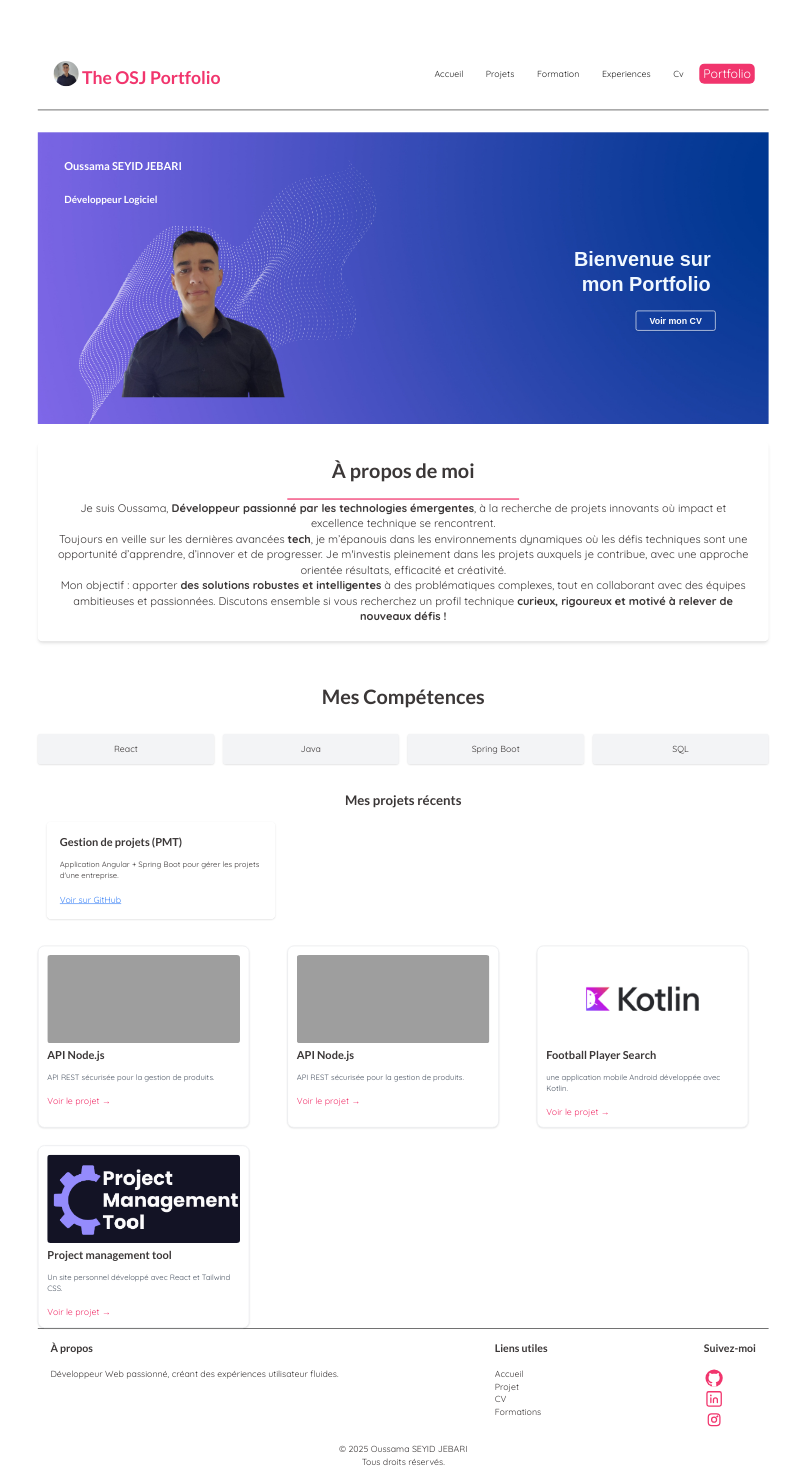
Repository: OussamSJ/Portfolio
Page: /
An editor plug-in stored every save of this project. The page is shown before and after the next save, followed by the edit.
The browser window is 1280 px wide. The pictures show the whole page, at 63% of full size.
Pictures or frames that could not be fetched are drawn as grey boxes. The project was rebuilt for these pictures with package versions that can differ from the ones it lists, and the page was loaded fresh each time. Also part of the build but not shown: src/BlogList.js, src/projets/Projet.js, src/Cv.js, src/Expcomponent.js, src/Experiences.js, src/FormationComponent.js, src/Formation.js, src/projets/Projet1.js and 2 more.

Above is the page before, as saved 2025-07-28 15:24:59.

### public/index.html
<!DOCTYPE html>
<html lang="en">
  <head>
    <meta charset="utf-8" />
    <link rel="icon" href="%PUBLIC_URL%/Logo-Devloper.png" />
    <meta name="viewport" content="width=device-width, initial-scale=1" />
    <meta name="theme-color" content="#000000" />
    <meta
      name="description"
      content="Web site created using create-react-app"
    />
    <link rel="apple-touch-icon" href="%PUBLIC_URL%/logo192.png" />
    <!--
      manifest.json provides metadata used when your web app is installed on a
      user's mobile device or desktop. See https://developers.google.com/web/fundamentals/web-app-manifest/
    -->
    <link rel="manifest" href="%PUBLIC_URL%/manifest.json" />
    <!--
      Notice the use of %PUBLIC_URL% in the tags above.
      It will be replaced with the URL of the `public` folder during the build.
      Only files inside the `public` folder can be referenced from the HTML.

      Unlike "/favicon.ico" or "favicon.ico", "%PUBLIC_URL%/favicon.ico" will
      work correctly both with client-side routing and a non-root public URL.
      Learn how to configure a non-root public URL by running `npm run build`.
    -->
    <title>Portfolio App</title>
  </head>
  <body>
    <noscript>You need to enable JavaScript to run this app.</noscript>
    <div id="root"></div>
    <!--
      This HTML file is a template.
      If you open it directly in the browser, you will see an empty page.

      You can add webfonts, meta tags, or analytics to this file.
      The build step will place the bundled scripts into the <body> tag.

      To begin the development, run `npm start` or `yarn start`.
      To create a production bundle, use `npm run build` or `yarn build`.
    -->
  </body>
</html>

### src/index.js
import React from 'react';
import ReactDOM from 'react-dom/client';
import './index.css';
import App from './App';
import reportWebVitals from './reportWebVitals';
import 'semantic-ui-css/semantic.min.css'

const root = ReactDOM.createRoot(document.getElementById('root'));
root.render(
  <React.StrictMode>
    <App />
  </React.StrictMode>
);

// If you want to start measuring performance in your app, pass a function
// to log results (for example: reportWebVitals(console.log))
// or send to an analytics endpoint. Learn more: https://bit.ly/CRA-vitals
reportWebVitals();

### src/index.css
@import url('https://fonts.googleapis.com/css2?family=Quicksand:wght@300;400;500;600;700&display=swap');
@tailwind base;
@tailwind components;
@tailwind utilities;

/* base styles */
* {
  margin: 0;
  font-family: -apple-system, BlinkMacSystemFont, 'Segoe UI', 'Roboto', 'Oxygen',
    'Ubuntu', 'Cantarell', 'Fira Sans', 'Droid Sans', 'Helvetica Neue',
    sans-serif;
  -webkit-font-smoothing: antialiased;
  -moz-osx-font-smoothing: grayscale;
  font-family: "Quicksand";
  color: #3b3737;
}

code {
  font-family: source-code-pro, Menlo, Monaco, Consolas, 'Courier New',
    monospace;
}

.navbar {
  padding: 20px;
  display: flex;
  align-items: center;
  max-width: 1200px;
  margin: 0 auto;
  border-bottom: 1px solid #212020;

}

.navbar h1 {
  color: #f1356d;
}

.navbar .links {
  margin-left: auto;
}

.navbar a {
  margin-left: 16px;
  text-decoration: none;
  padding: 6px;
}

.navbar img {
  width: 40px;
  height: 40px;
  margin: 5px;
  object-fit: cover;
  /* remplit et rogne si besoin */
  border-radius: 50%;
  /* transforme le carré en cercle */
  display: block;
}

.navbar a:hover {
  color: #f1356d;
}


/* Responsive: cache les liens sur mobile */
.desktop-only {
  display: flex;
}

.mobile-toggle {
  display: none;
  margin-left: auto;
  cursor: pointer;
}

/* Responsive behavior */
/* Masque le menu desktop sur petits écrans */
@media (max-width: 768px) {
  .desktop-only {
    display: none !important;
  }

  .mobile-toggle {
    display: block !important;
    cursor: pointer;
  }
}


.content {
  max-width: 1200px;
  margin: 40px auto;
  padding: 20px;
}


.couverture {
  background-image:
    url("/public/couverture-portfolio.png");
  background-size: cover;
  /* couvre tout le conteneur sans déformation */
  background-position: center;
  /* centre l’image */
  background-repeat: no-repeat;
  /* pas de répétition */
  height: 100%;
  width: 100%;
  color: white;
  font-family: 'Orbitron', sans-serif;
  /* une police géométrique, proche de celle utilisée */
}



.couverture h1 {
  margin-top: 20px auto;
  margin-right: 50px;
  align-items: center;
  text-align: center;
  color: aliceblue;
  text-align: right;
  font-family: 'Agrandir Grand', sans-serif;
  /* une police futuriste */
}


.portfolio-footer {
  justify-content: space-between;
  display: flex;
  padding: 20px;
  border-top: 1px solid #212020;
}

.card-title {
  margin-bottom: 20px;

  padding: 0;
  font-size: 1.2rem;

}

.social-links a {
  list-style: none;
  all: unset;
  color: inherit;
  text-decoration: none;
  margin-left: auto;
  text-align: left;

}

.social-links img {
  width: 40%;
  height: 40%;
}


ul {
  list-style-type: none;
  padding: 0;
  margin: 0;

}

.social-links a:hover {
  color: #f1356d;
}

.footer-bottom {
  display: block;
  text-align: center;
}

ul li {
  text-align: left;

}



.not-found {
  justify-content: center;
  align-items: center;
  text-align: center;
  height: 50vh;
  margin-top: 200px;
  font-size: 3rem;
}


img-couverture {
  width: 100%;
  height: 100%;
  justify-content: flex-end;
  align-items: center;
  object-fit: fill;
  /* Remplit l'élément sans déformation */
  border-radius: 50%;
  /* Transforme le carré en cercle */
  display: flex;
}

### src/App.js
import React from 'react';
import { BrowserRouter, Routes, Route } from 'react-router-dom';
import Home from './Home';
import Navbar from './Navbar';
import Cv from './Cv';
import Footbar from './Footbar';
import Experiences from './Experiences';
import Formation from './Formation';
import ProjetDetail from './projets/ProjetDetail';
import Projet from './projets/Projet';
import Projet1 from './projets/Projet1';
import ProjetFootballPlayerSearch from './projets/ProjetFootballPlayerSearch';

function App() {
  return (
    <BrowserRouter>
      <div className="App">
        <div className='content'>
          <Routes>
            <Route path="/" element={<Home />} />
            <Route path="/cv" element={<Cv />} />
            <Route path="/experiences-professionnelle" element={<div ><Navbar /> <Experiences /><Footbar /></div>} />
            <Route path="/formation" element={<div ><Navbar /> <Formation /><Footbar /></div>} />
            <Route path="/projet" element={<div ><Navbar /> <Projet /><Footbar /></div>} />

           <Route path="/projet/:id" element={<div><Navbar /><ProjetDetail /><Footbar /></div>} />
            <Route path="*" element={
              <div >
                <Navbar />
                <h1 className='not-found' >Page introuvable</h1>
                <Footbar />
              </div>
            } />
          </Routes>
        </div>
      </div>
    </BrowserRouter>
  );
}

export default App;

### src/Home.js
import { useEffect, useState } from "react";

import BlogList from "./BlogList";
import Navbar from "./Navbar";
import Footbar from "./Footbar";
import ProjetComponent from "./projets/ProjetComponent";
import { projets } from "./projets/Projet";



const Home = () => {
  const [blogs, setBlogs] = useState([
    { title: 'My new website', body: 'lorem ipsum...', author: 'mario', id: 1 },
    { title: 'Welcome party!', body: 'lorem ipsum...', author: 'yoshi', id: 2 },
    { title: 'Web dev top tips', body: 'lorem ipsum...', author: 'mario', id: 3 }
  ])

  const handleDelete = (id) => {
    const newBlogs = blogs.filter(blog => blog.id !== id);
    setBlogs(newBlogs);
  }


  useEffect(() => {
    console.log('use effect ran');
    console.log(blogs);
  })

  return (
    <div className="Home">
      <Navbar />
      {/* Couverture */}
      <div className="couverture flex items-center mt-10 justify-between text-white p-12 flex-wrap">

        {/* Partie gauche */}
        <div className="flex flex-col items-start space-y-4 max-w-md w-max h-max">
          <h3 className="text-xl text-white font-semibold">Oussama SEYID JEBARI</h3>
          <h3 className="text-lg text-white">Développeur Logiciel</h3>
          <div className="w-200 h-200 mt-4 ml-20 ">
            <img src="oussama_img.png" alt="photo_de_profil" className="rounded-lg object-cover w-full h-full" />
          </div>
        </div>

        {/* Partie droite */}
        <div className="text-right max-w-md mt-10 md:mt-30">
          <h1 className="text-4xl text-white font-bold mb-6 leading-tight">
            Bienvenue sur <br /> mon Portfolio</h1>
          <button className="bg-transparent text-white font-bold py-2 px-6 mr-12 rounded shadow border border-white
          hover:bg-white hover:text-blue-800 transition-colors duration-300 relative">
            Voir mon CV
          </button>
        </div>
      </div>





      <section className="bg-white text-gray-800 p-8 rounded-lg shadow-md my-8 w-full h-full mx-auto text-center">
      <h2 className="text-4xl font-bold mb-8 text-center mt-20 ">À propos de moi</h2>
       <div className="relative top-1/2 w-1/3 mx-auto h-0.5 bg-primary transform -translate-y-1/2 z-0 hidden sm:block" />
        <p className="text-xl mb-6">
          Je suis Oussama,  <strong>Développeur passionné par les technologies émergentes</strong>, à la recherche de projets innovants où impact et excellence technique se rencontrent.<br />
          Toujours en veille sur les dernières avancées <strong>tech</strong>, je m’épanouis dans les environnements dynamiques où les défis techniques sont une opportunité d’apprendre, d’innover et de progresser.
          Je m'investis pleinement dans les projets auxquels je contribue, avec une approche orientée résultats, efficacité et créativité.<br />
          Mon objectif : apporter <strong>des solutions robustes et intelligentes</strong> à des problématiques complexes, tout en collaborant avec des équipes ambitieuses et passionnées.

          Discutons ensemble si vous recherchez un profil technique <strong>curieux, rigoureux et motivé à relever de nouveaux défis !</strong>
        </p>
      </section>

      <h2 className="text-4xl font-bold mb-4 text-center mt-20 ">Mes Compétences</h2>
      <section className="my-12 ">
        <div className="grid grid-cols-2 md:grid-cols-4 gap-4 text-center">
          <div className="p-4 bg-gray-100 rounded shadow">React</div>
          <div className="p-4 bg-gray-100 rounded shadow">Java</div>
          <div className="p-4 bg-gray-100 rounded shadow">Spring Boot</div>
          <div className="p-4 bg-gray-100 rounded shadow">SQL</div>

        </div>
      </section>

      <section className="my-12 px-4">
        <h2 className="text-2xl font-bold text-center mb-6">Mes projets récents</h2>
        <div className="grid grid-cols-1 md:grid-cols-2 lg:grid-cols-3 gap-6">
          <div className="bg-white p-6 rounded-lg shadow">
            <h3 className="text-xl font-semibold">Gestion de projets (PMT)</h3>
            <p className="text-sm mt-2">Application Angular + Spring Boot pour gérer les projets d'une entreprise.</p>
            <a href="https://github.com/OussamSJ/Angular-PMT-FrontEnd" target="_blank" className="text-blue-500 underline mt-2 inline-block">Voir sur GitHub</a>
          </div>
          {/* Répète pour d'autres projets */}
        </div>
      </section>

      {/*   Projets */}
      <div className="relative z-10 grid grid-cols-1 sm:grid-cols-2 lg:grid-cols-3 gap-8">
        {projets
          .sort(() => Math.random() - 0.5)
          .map((pr, index) => (
            <ProjetComponent key={index} index={index} {...pr} />
          ))}
      </div>



      <Footbar />
    </div>
  );
}

export default Home;

### src/Navbar.js

import React, { Component } from 'react';
import { Menu, MenuItem, MenuMenu, Icon, Sidebar } from 'semantic-ui-react';

class Navbar extends Component {

  state = {
    activeItem: 'home',
    sidebarVisible: false,
  };

  handleItemClick = (e, { name }) => this.setState({ activeItem: name });

  toggleSidebar = () => {
    this.setState(prev => ({ sidebarVisible: !prev.sidebarVisible }));
  };

  render() {
    const { activeItem, sidebarVisible } = this.state;

    return (
      <>
        {/* Navbar  */}
        <nav className="navbar">
          <img src="/photo-portfolio.jpg" alt="logo" className="logo" />
          <h1>The OSJ Portfolio</h1>
          <div className="mobile-toggle" onClick={this.toggleSidebar}>
            <Icon name="bars" size="large" />
          </div>
          <div className="links desktop-only">
            <Menu secondary>
              <MenuItem name='accueil' active={activeItem === 'accueil'} onClick={this.handleItemClick} as="a" href="/" />
              <MenuItem name='projets' active={activeItem === 'projets'} onClick={this.handleItemClick} as="a" href="/projet" />
              <MenuItem name='formation' active={activeItem === 'formation'} onClick={this.handleItemClick} as="a" href="/formation" />
              <MenuItem name='expériences' active={activeItem === 'expériences'} onClick={this.handleItemClick} as="a" href="/experiences-professionnelle" />
              <MenuItem name='cv' active={activeItem === 'cv'} onClick={this.handleItemClick} as="a" href="/cv" />
              <MenuMenu position='right'>
                <MenuItem
                  name='portfolio'
                  active={activeItem === 'portfolio'}
                  onClick={this.handleItemClick}
                  as="a"
                  href="/"
                  style={{
                    color: 'white',
                    fontSize: '1.4em',
                    backgroundColor: '#f1356d',
                    borderRadius: '8px',
                    padding: '6px',
                  }}
                />
              </MenuMenu>
            </Menu>
          </div>
        </nav>

        {/* Sidebar pour mobile */}
        <Sidebar
          as={Menu}
          animation='overlay'
          icon='labeled'
          inverted
          vertical
          visible={sidebarVisible}
          width='thin'
          direction='right'
          style={{ backgroundColor: '#3b3737'}}
          onHide={this.toggleSidebar}

        >
          <MenuItem as="a" href="/" onClick={this.toggleSidebar}>Accueil</MenuItem>
          <MenuItem as="a" href="/projet" onClick={this.toggleSidebar}>Projets</MenuItem>
          <MenuItem as="a" href="/formation" onClick={this.toggleSidebar}>Formation</MenuItem>
          <MenuItem as="a" href="/experiences-professionnelle" onClick={this.toggleSidebar}>Expériences</MenuItem>
          <MenuItem as="a" href="/cv" onClick={this.toggleSidebar}>CV</MenuItem>
          <MenuItem as="a" href="/" onClick={this.toggleSidebar} style={{ backgroundColor: '#f1356d', color: 'white', borderRadius: '8px' }}>Portfolio</MenuItem>
        </Sidebar>

      </>
    );
  }
}

export default Navbar;

### src/Footbar.js
import { color } from "framer-motion";

const Footbar = () => {
  return (
    <div className="footbar">
      {/* footbar  */}
      <footer className="portfolio-footer">

      <div className="card-deck">
        <div className="card">
        <div className="card-body">
          <h4 className="card-title">À propos</h4>
          <p className="card-text">Développeur Web passionné, créant des expériences utilisateur fluides.</p>
        </div>
        </div>
      </div>

      <div className="card-deck">
        <div className="card">
        <div className="card-body">
          <h4 className="card-title">Liens utiles</h4>
          <ul className="social-links" style={{ color: '#3b3737'}}>

          <li><a href="/">Accueil</a></li>
          <li><a href="/projet">Projet</a></li>
          <li><a href="/cv">CV</a></li>
          <li><a href="/formation">Formations</a></li>

          </ul>
        </div>
        </div>
      </div>

      <div className="card-deck">
        <div className="card">
        <div className="card-body">
          <h4 className="card-title">Suivez-moi</h4>
          <ul className="social-links">
          <li><a href="https://github.com/OussamSJ"> <img src="/github.svg" alt="GitHub"></img></a></li>
          <li><a href="https://www.linkedin.com/in/oussama-sj/"> <img src="/linkedin.svg" alt="LinkedIn"></img></a></li>
          <li><a href="https://www.instagram.com/oussama.sj/"> <img  src="/instagram.svg" alt="Instagram"></img></a></li>
          </ul>
        </div>
        </div>
      </div>

      </footer>
      <div className="footer-bottom">
      <p>© 2025 Oussama SEYID JEBARI <br /> Tous droits réservés.</p>
      </div>

    </div>

    );
}

export default Footbar;

### src/projets/ProjetComponent.js
import { Link } from 'react-router-dom';

export default function ProjetComponent({ id, titre,  image, description, description_longue }) {



  return (
    <div className="border rounded-xl shadow p-4 max-w-sm">
    <img src={image} alt={titre} className="w-full h-40 object-cover rounded-md" />
    <h3 className="text-xl font-bold mt-2">{titre}</h3>
    <p className="text-sm text-gray-600">{description}</p>
    <Link to={`/projet/${id}`} className="text-[#f1356d] mt-2 inline-block">
      Voir le projet →
    </Link>
  </div>
  );
}

### tailwind.config.js
/** @type {import('tailwindcss').Config} */
module.exports = {
  content: [  "./src/**/*.{js,ts,jsx,tsx}",],
  theme: {
    extend: {
      colors: {
        primary: '#f1356d', // Exemple
      },
    },
  },
  plugins: [],
}

Loaded but not shown: src/reportWebVitals.js (common file)

After the next save:
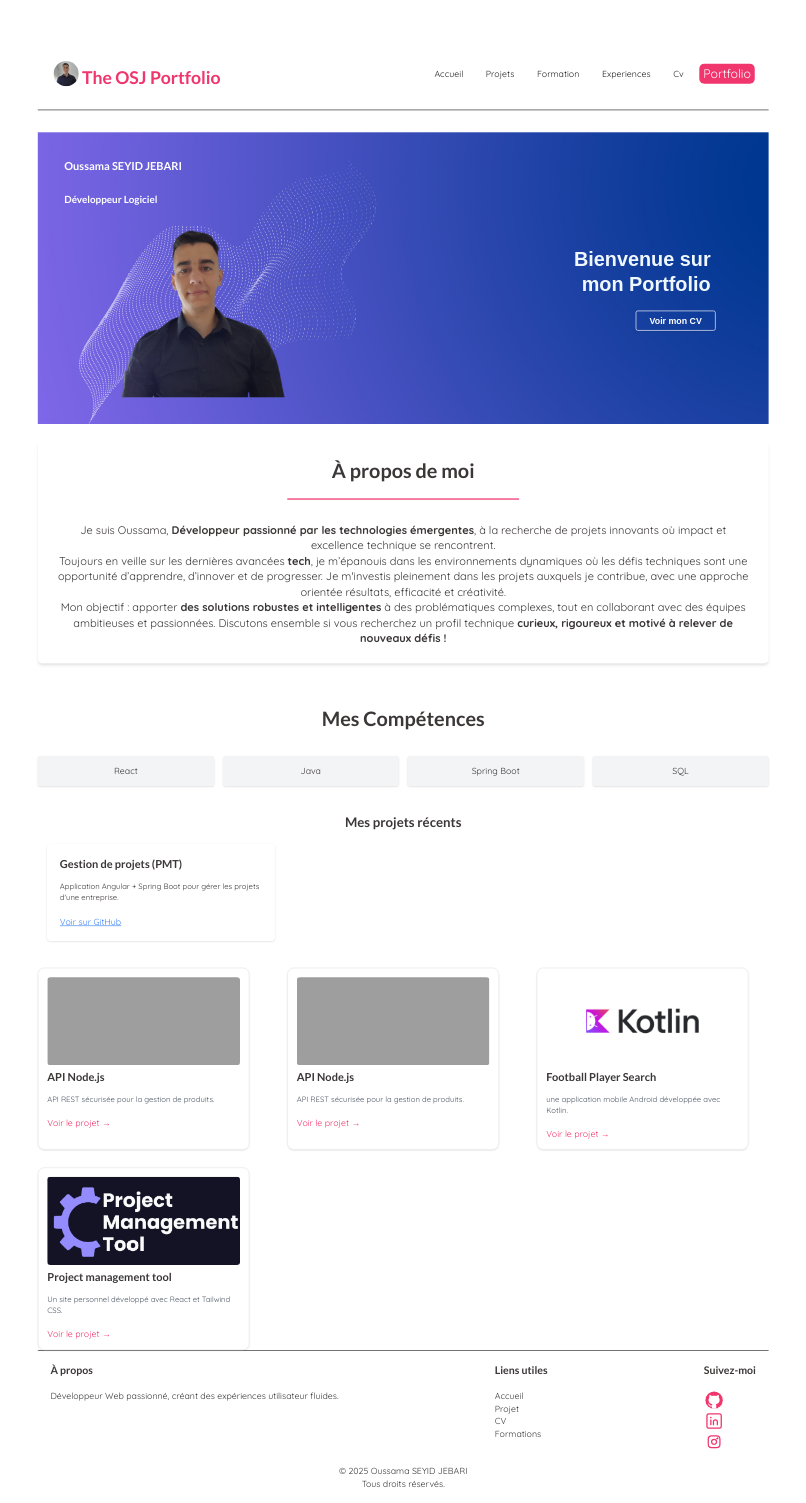
Saved 15 s later.
--- a/src/Home.js
+++ b/src/Home.js
@@ -58,7 +58,7 @@
 
       <section className="bg-white text-gray-800 p-8 rounded-lg shadow-md my-8 w-full h-full mx-auto text-center">
       <h2 className="text-4xl font-bold mb-8 text-center mt-20 ">À propos de moi</h2>
-       <div className="relative top-1/2 w-1/3 mx-auto h-0.5 bg-primary transform -translate-y-1/2 z-0 hidden sm:block" />
+       <div className="relative top-1/2 w-1/3 mx-auto mb-10 h-0.5 bg-primary transform -translate-y-1/2 z-0 hidden sm:block" />
         <p className="text-xl mb-6">
           Je suis Oussama,  <strong>Développeur passionné par les technologies émergentes</strong>, à la recherche de projets innovants où impact et excellence technique se rencontrent.<br />
           Toujours en veille sur les dernières avancées <strong>tech</strong>, je m’épanouis dans les environnements dynamiques où les défis techniques sont une opportunité d’apprendre, d’innover et de progresser.
